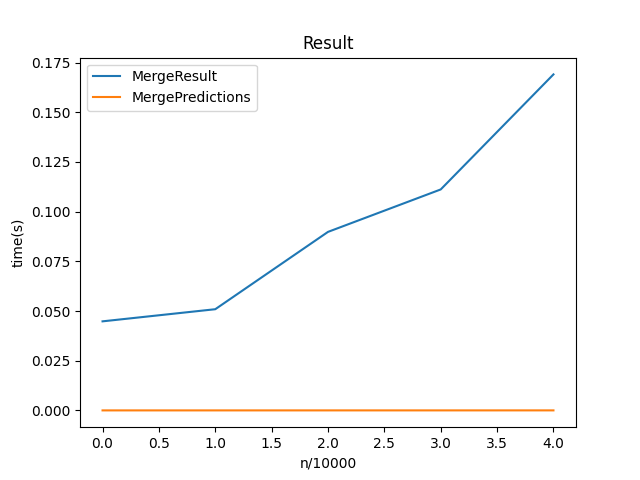
Repository: shadowofgost/AlgorithmCode
Script's output: python lab1.py
These files come from the project's save history. The script's output is drawn as it stood at one moment and after the next save; the edit follows.
Random numbers start from a fixed seed.

Above is the script's output before, as saved 2021-09-22 17:00:47.

### lab1.py
"""
Author: Zirui Wang
Date: 2021-09-21 18:13:25
LastEditTime: 2021-09-22 08:55:27
LastEditors: Please set LastEditors
Description: First lab
FilePath: \AlgorithmCode\lab1.py
"""

# from matplotlib import pyplot as plt
from random import randint
from time import time
from copy import copy, deepcopy
from numpy import mean
from multiprocessing import Pool
from math import log


def insert_sort(initial_list):
    """
    插入排序

    Args:
        initial_list (list): 初始数据列表

    Returns:
        list: 结果数据列表
    """
    length = len(initial_list)
    if length <= 1:
        return initial_list
    for i in range(length):
        target = initial_list[i]
        for j in range(i, -1, -1):
            if j == 0:
                initial_list[j] = target
                break
            if target < initial_list[j - 1]:
                initial_list[j] = initial_list[j - 1]
            else:
                initial_list[j] = target
                break
    result_list = initial_list
    return result_list


def merge_sort(initial_list):
    """
    归并排序

    Args:
        initial_list (list): 初始数据列表

    Returns:
        list: 结果数据列表
    """

    def merge(s1, s2, s):
        """将两个列表是s1，s2按顺序融合为一个列表s,s为原列表"""
        # j和i就相当于两个指向的位置，i指s1，j指s2
        i = j = 0
        length = len(s)
        while i + j < length:
            # j==len(s2)时说明s2走完了，或者s1没走完并且s1中该位置是最小的
            if j == len(s2) or (i < len(s1) and s1[i] < s2[j]):
                s[i + j] = s1[i]
                i += 1
            else:
                s[i + j] = s2[j]
                j += 1

    n = len(initial_list)
    # 剩一个或没有直接返回，不用排序
    if n < 2:
        return
    # 拆分
    mid = n // 2
    s1 = initial_list[0:mid]
    s2 = initial_list[mid:n]
    # 子序列递归调用排序
    merge_sort(s1)
    merge_sort(s2)
    # 合并
    merge(s1, s2, initial_list)
    return initial_list


'''
def test_insert_sort_single(initial_list):
    begin = time()
    insert_sort(initial_list)
    end = time()
    return end - begin


def test_insert_sort_once(initial_list):
    """
    计算每次n，10次情况下的平均值

    Args:
        initial_list ([type]): [description]

    Returns:
        [type]: [description]
    """
    pools_once = Pool(len(initial_list))
    result = pools_once.map(test_insert_sort_single, initial_list)
    pools_once.join()
    return mean(result)
'''


def test_insert_sort_once(initial_list):
    tmp_time_list = []
    for i in range(len(initial_list)):
        initial_list[i] = list(initial_list[i])
        begin = time()
        insert_sort(initial_list[i])
        end = time()
        tmp_time_list.append(end - begin)
    return mean(tmp_time_list)


def test_insert_sort(initial_list):
    insert_sort_list = deepcopy(initial_list)
    for i in range(len(insert_sort_list)):
        """
        for j in range(len(insert_sort_list[i])):
            insert_sort_list[i][j] = tuple(insert_sort_list[i][j])
        insert_sort_list[i] = tuple(insert_sort_list[i])
        """
    pools = Pool(len(insert_sort_list))
    result = pools.map(test_insert_sort_once, insert_sort_list)
    pools.close()
    pools.join()
    return result


def test_merge_sort(initial_list):
    merge_sort_list = deepcopy(initial_list)
    time_list = []
    for i in merge_sort_list:
        tmp_time_list = []
        for j in i:
            begin = time()
            merge_sort(j)
            end = time()
            tmp_time_list.append(end - begin)
        time_list.append(mean(tmp_time_list))
    return time_list


def run():
    n_list = [10000, 20000, 30000, 40000, 50000]
    initial_list = [
        [[randint(0, n_list[k]) for i in range(n_list[k])] for j in range(10)]
        for k in range(len(n_list))
    ]
    begin = time()
    merge_sort_time_result = test_merge_sort(initial_list)
    end = time()
    print(end - begin)
    print(merge_sort_time_result)
    begin = time()
    insert_sort_time_result = test_insert_sort(initial_list)
    end = time()
    print(end - begin)
    print(insert_sort_time_result)


def test():
    n_list = [10000, 20000, 30000, 40000, 50000]
    initial_list = [
        [[randint(0, n_list[k]) for i in range(n_list[k])] for j in range(10)]
        for k in range(len(n_list))
    ]
    insert_sort_initial_list = deepcopy(initial_list[0][0])
    merge_sort_initial_list = deepcopy(initial_list[0][0])
    begin = time()
    merge_sort_time_result = merge_sort(merge_sort_initial_list)
    end = time()
    print(end - begin)
    print(merge_sort_time_result)
    begin = time()
    insert_sort_time_result = insert_sort(insert_sort_initial_list)
    end = time()
    print(end - begin)
    print(insert_sort_time_result)


merge_sort_time_result = [
    0.11930041313171387,
    0.48359973430633546,
    1.0410563230514527,
    1.2678932189941405,
    2.6394350051879885,
]
insert_sort_time_result = [
    0.11930041313171387,
    0.48359973430633546,
    1.0410563230514527,
    1.2678932189941405,
    2.6394350051879885,
]


def draw_pictures():
    merge_sort_time_result = [
        0.044800305366516115,
        0.050899600982666014,
        0.08979978561401367,
        0.11115198135375977,
        0.1690195083618164,
    ]
    # merge_sort_time_result =[0.1809403657913208, 0.36830027103424073, 0.5818017005920411, 0.7784999370574951, 0.9898996829986573]
    insert_sort_time_result = [
        0.1289997100830078,
        0.4636999130249023,
        0.9908000946044921,
        1.7316908359527587,
        1.952409553527832,
    ]
    # insert_sort_time_result = [21.732965779304504, 88.47726345062256, 191.0323684692383, 326.29902441501616, 484.08071608543395]
    n_list = [10000, 20000, 30000, 40000, 50000]
    x_list = [i for i in range(len(n_list))]
    merge_k = merge_sort_time_result[0] / (log(2, n_list[0]) * n_list[0])
    insert_k = insert_sort_time_result[0] / (n_list[0]) ** 2
    merge_sort_time_predictions = [
        merge_k * merge_sort_time_result[i] for i in range(len(n_list))
    ]
    insert_sort_time_predictions = [
        insert_k * insert_sort_time_result[i] for i in range(len(n_list))
    ]
    from matplotlib import pyplot as plt

    plt.plot(x_list, merge_sort_time_result, label="MergeResult")
    plt.plot(x_list, merge_sort_time_predictions, label="MergePredictions")
    #plt.plot(x_list, insert_sort_time_result, label="InsertResult")
    #plt.plot(x_list, insert_sort_time_predictions, label="InsertPredictions")
    plt.xlabel("n/10000")
    plt.ylabel("time(s)")
    plt.title("Result")
    plt.legend()
    plt.show()


if __name__ == "__main__":
    #run()
    # test()
    draw_pictures()

After the next save:
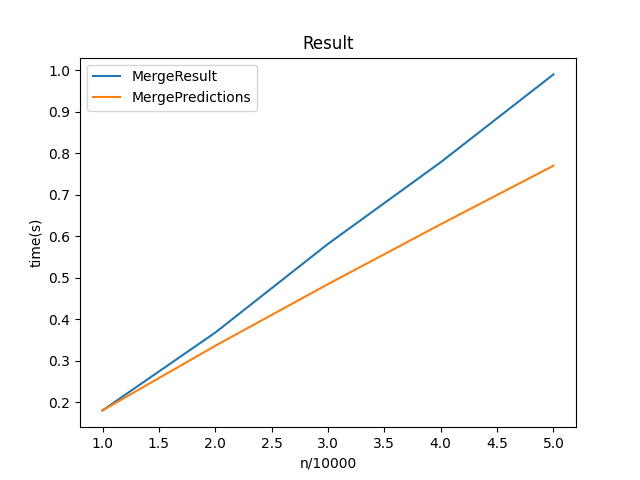
Saved 10 min 46 s later.
--- a/lab1.py
+++ b/lab1.py
@@ -212,7 +212,7 @@ def draw_pictures():
         0.11115198135375977,
         0.1690195083618164,
     ]
-    # merge_sort_time_result =[0.1809403657913208, 0.36830027103424073, 0.5818017005920411, 0.7784999370574951, 0.9898996829986573]
+    merge_sort_time_result =[0.1809403657913208, 0.36830027103424073, 0.5818017005920411, 0.7784999370574951, 0.9898996829986573]
     insert_sort_time_result = [
         0.1289997100830078,
         0.4636999130249023,
@@ -220,16 +220,16 @@ def draw_pictures():
         1.7316908359527587,
         1.952409553527832,
     ]
-    # insert_sort_time_result = [21.732965779304504, 88.47726345062256, 191.0323684692383, 326.29902441501616, 484.08071608543395]
+    insert_sort_time_result = [21.732965779304504, 88.47726345062256, 191.0323684692383, 326.29902441501616, 484.08071608543395]
     n_list = [10000, 20000, 30000, 40000, 50000]
-    x_list = [i for i in range(len(n_list))]
+    x_list = [i for i in range(1,len(n_list)+1)]
     merge_k = merge_sort_time_result[0] / (log(2, n_list[0]) * n_list[0])
     insert_k = insert_sort_time_result[0] / (n_list[0]) ** 2
     merge_sort_time_predictions = [
-        merge_k * merge_sort_time_result[i] for i in range(len(n_list))
+        merge_k * n_list[i]*log(2,n_list[i]) for i in range(len(n_list))
     ]
     insert_sort_time_predictions = [
-        insert_k * insert_sort_time_result[i] for i in range(len(n_list))
+        insert_k * n_list[i]**2 for i in range(len(n_list))
     ]
     from matplotlib import pyplot as plt
 
